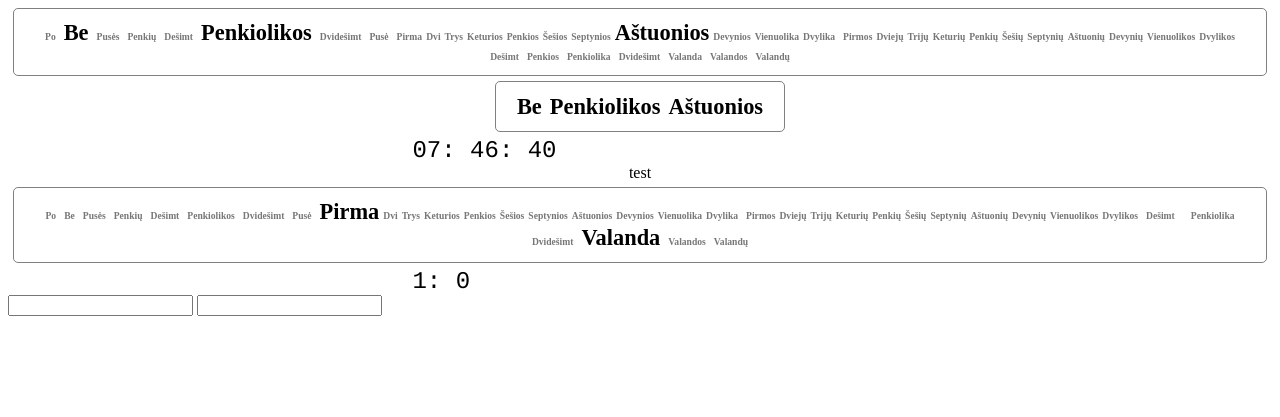
Repository: Skaidrius/WordClock
Page: index.html
The author's editor kept a record of every edit. The page is drawn from the files as they stood at one moment, then again after the next edit.
The browser window is 1280 px wide. The pictures show the whole page.
Some web libraries are served in a nearby version.

Above is the page before.

After the next edit:
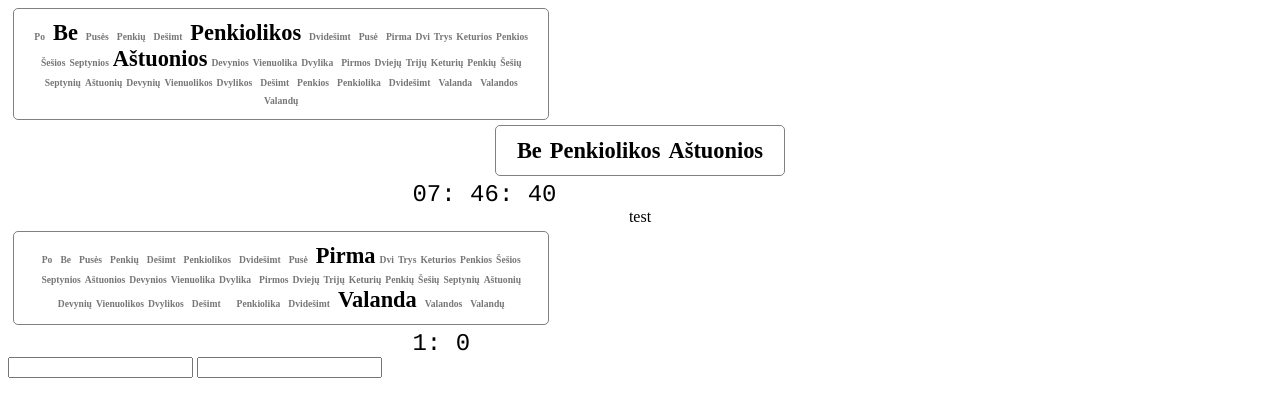
The edit:
--- a/style.css
+++ b/style.css
@@ -9,7 +9,7 @@
 }
 
 ul {
-    width: auto;
+    max-width: 512px;
     height: auto;
     border: 1px solid grey;
     border-radius: 5px;
